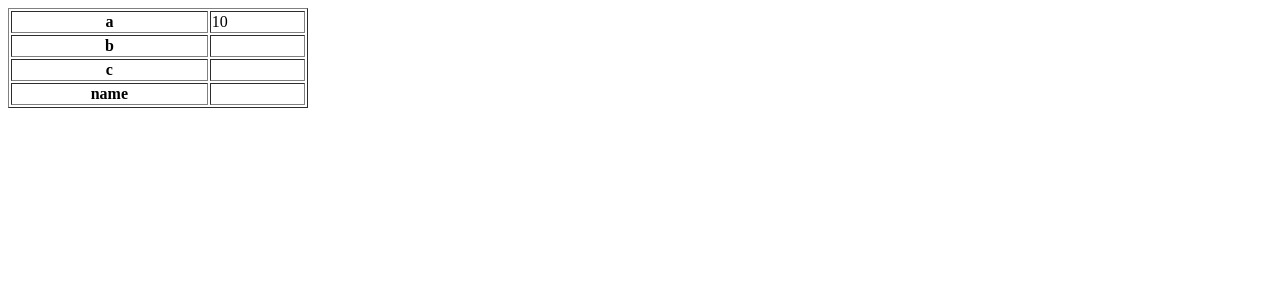
Repository: eeunha/server
Page: http://localhost/JSPTest/ex03.jsp
These files come from the project's save history. The page is drawn as it stood at one moment and after the next save; the edit follows.
The browser window is 1280 px wide. The pictures show the whole page.
The page is served by Tomcat 9.

Above is the page before, as saved 2023-10-17 05:25:04.

After the next save:
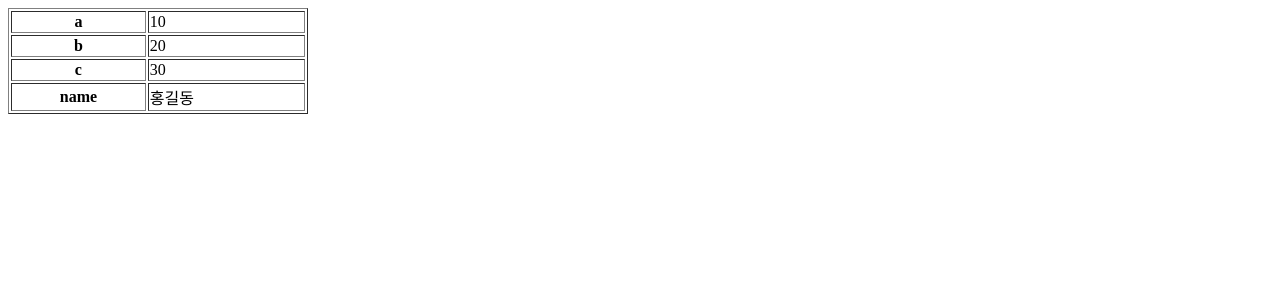
Saved 108 s later.
--- a/JSPTest/src/main/webapp/ex03.jsp
+++ b/JSPTest/src/main/webapp/ex03.jsp
@@ -23,15 +23,15 @@
 		</tr>
 		<tr>
 			<th>b</th>
-			<td></td>
+			<td><%= b %></td>
 		</tr>
 		<tr>
 			<th>c</th>
-			<td></td>
+			<td><%= c %></td>
 		</tr>
 		<tr>
 			<th>name</th>
-			<td></td>
+			<td><%= name %></td>
 		</tr>
 	</table>
 </body>
